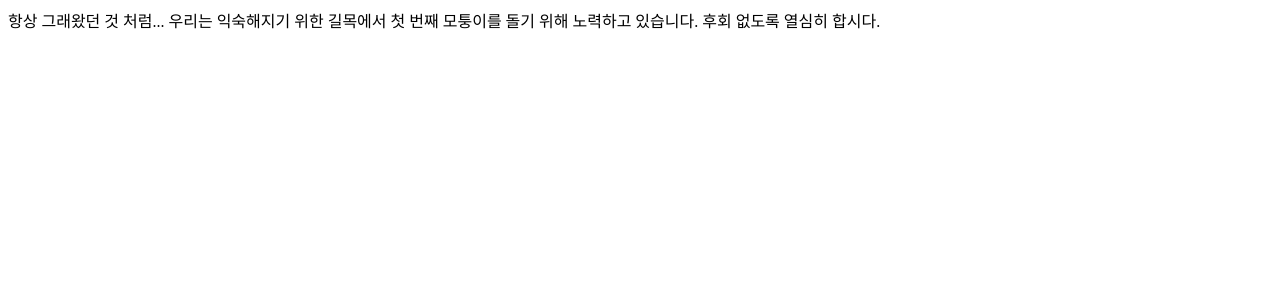
Repository: yhj4130/WebStudy
Page: WebApp01/WebContent/Test001.html
These files come from the project's save history. The page is drawn as it stood at one moment and after the next save; the edit follows.
The browser window is 1280 px wide. The pictures show the whole page.

Above is the page before, as saved 2019-04-29 06:46:46.

After the next save:
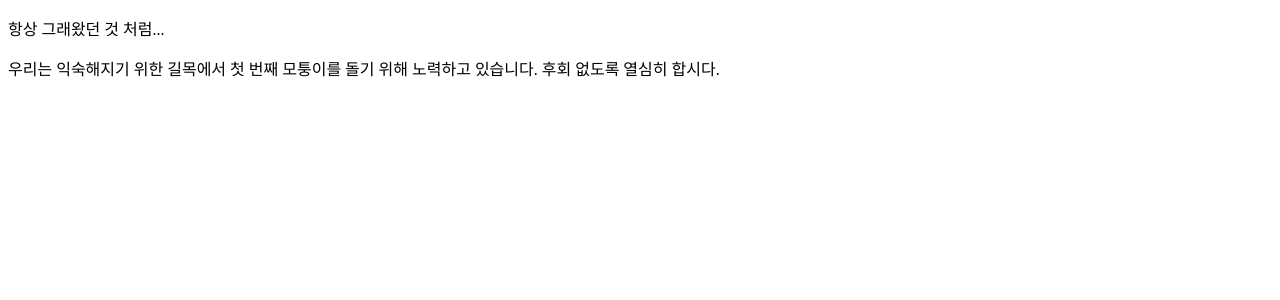
Saved 53 s later.
--- a/WebApp01/WebContent/Test001.html
+++ b/WebApp01/WebContent/Test001.html
@@ -6,7 +6,7 @@
 </head>
 <body>
 
-항상 그래왔던 것 처럼...
+<p>항상 그래왔던 것 처럼...</p>
 
 우리는 익숙해지기 위한 길목에서
 첫 번째 모퉁이를 돌기 위해 노력하고 있습니다.
